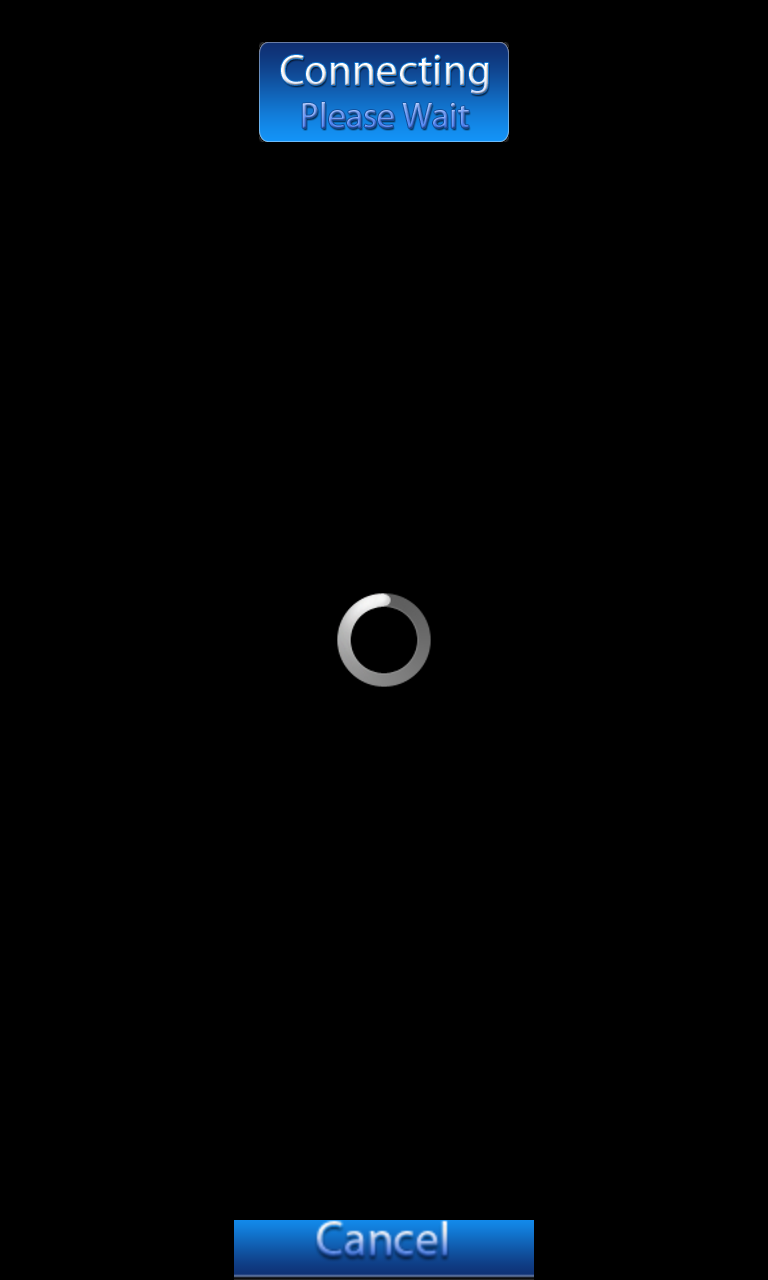
Repository: Matt-Bishop/HP-Photo-Kiosk
Layout: workspace/HP_PK/res/layout/connecting.xml
An editor plug-in stored every save of this project. The layout is shown before and after the next save, followed by the edit.
It is drawn on a 768 x 1280 px phone screen (xhdpi) without system bars, with theme android:Theme; the app's code is not run.

Above is the layout before, as saved 2011-01-05 02:17:51.

After the next save:
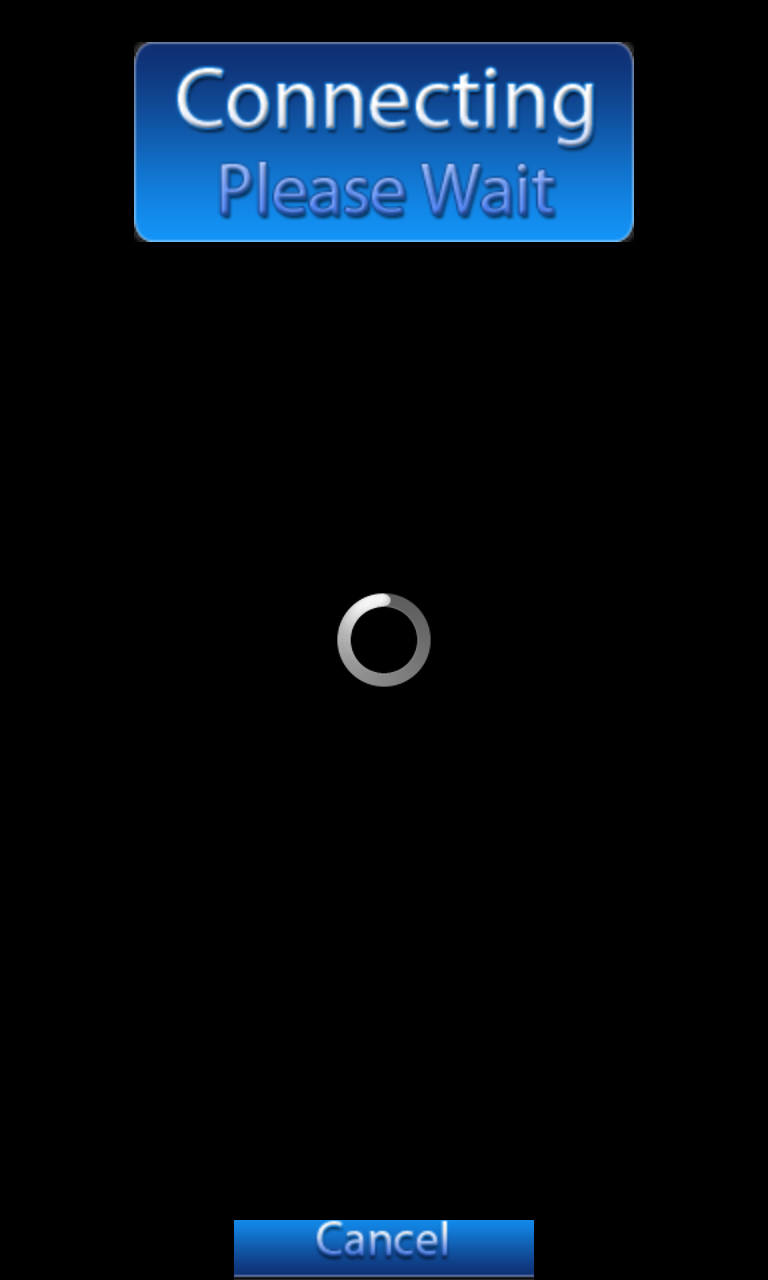
Saved 26 s later.
--- a/workspace/HP_PK/res/layout/connecting.xml
+++ b/workspace/HP_PK/res/layout/connecting.xml
@@ -16,8 +16,8 @@
 </ProgressBar>
 <ImageView
 android:id="@+id/widget37"
-android:layout_width="250px"
-android:layout_height="100px"
+android:layout_width="250dip"
+android:layout_height="100dip"
 android:src="@drawable/hp_connecting"
 android:layout_below="@+id/widget88"
 android:layout_centerHorizontal="true"
